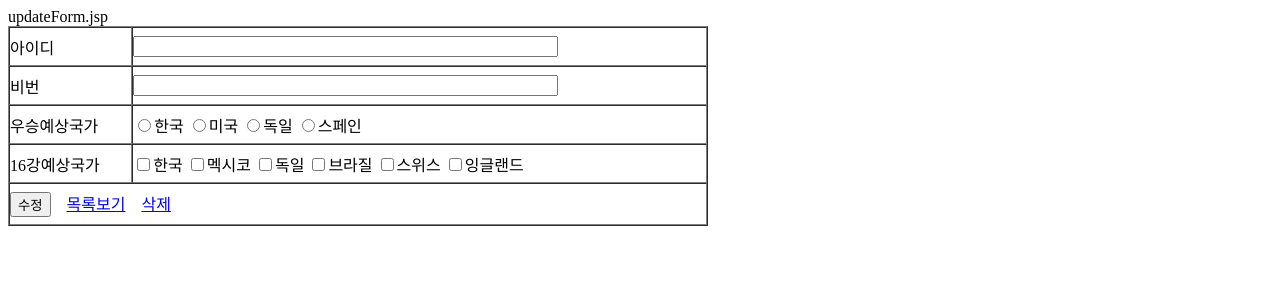
Repository: ChanhoPark-s/academyStudy
Page: http://localhost/12_DB_Football/updateForm
An editor plug-in stored every save of this project. The page is shown before and after the next save, followed by the edit.
The browser window is 1280 px wide. The pictures show the whole page.
The page is served by Tomcat 9. Queries for data that is not in the repository find no rows.

Above is the page before, as saved 2022-08-22 06:25:39.

After the next save:
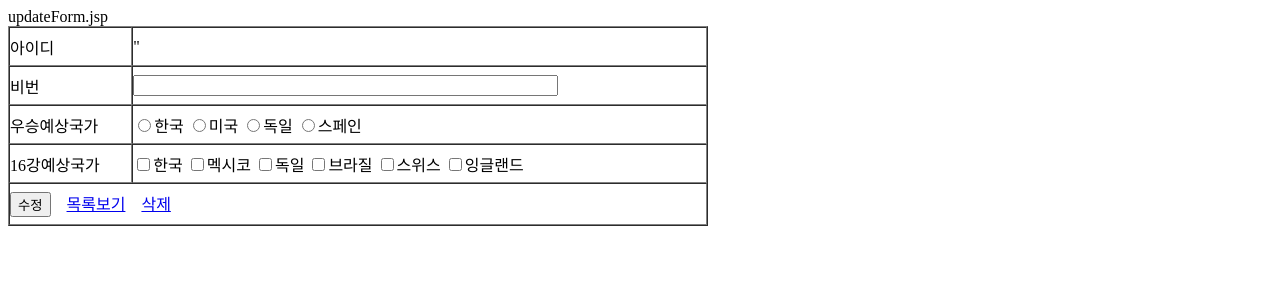
Saved 11 min 18 s later.
--- a/12_DB_Football/src/main/webapp/WEB-INF/views/updateForm.jsp
+++ b/12_DB_Football/src/main/webapp/WEB-INF/views/updateForm.jsp
@@ -16,7 +16,7 @@ String[] r = {"한국","멕시코","독일","브라질","스위스","잉글랜
 				<input type="hidden" name="num" value="${f.num }">
 			<tr>
 				<td>아이디</td>
-				<td><input type="text" name="id" size="50" value="${f.id }"></td>
+				<td>${f.id }"
 			</tr>
 			<tr>
 				<td>비번</td>
